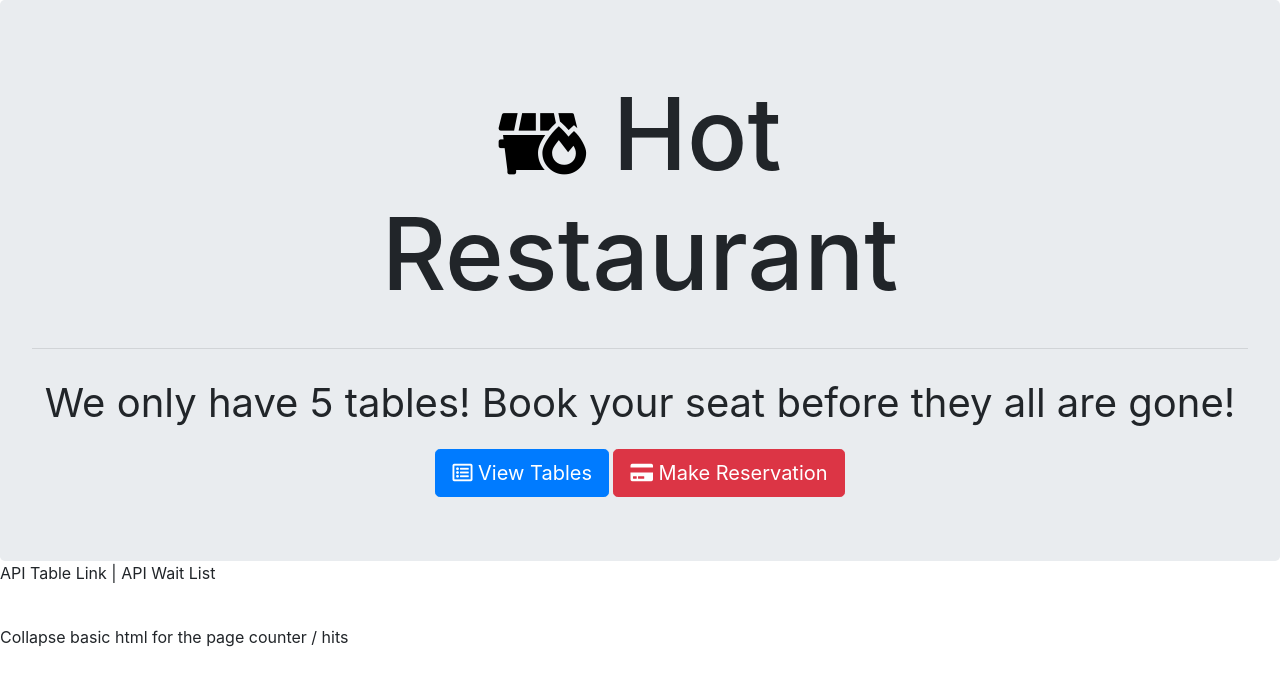
Repository: lcbordelon/Restaurant_Mini_App
Page: home.html
An editor plug-in stored every save of this project. The page is shown before and after a run of saves, followed by the edit.
The browser window is 1280 px wide. The pictures show the whole page.
Some web libraries are served in a nearby version.

Above is the page before, as saved 2020-12-05 12:59:17.

### home.html
<!DOCTYPE html>
<html lang="en">

<head>
  <meta charset="UTF-8" />
  <meta name="viewport" content="width=device-width, initial-scale=1.0" />
  <title>Document</title>
  <!-- Bootstrap link -->
  <link rel="stylesheet" href="styles.css" />
  <link rel="stylesheet" href="https://use.fontawesome.com/releases/v5.8.1/css/all.css"
    integrity="sha384-50oBUHEmvpQ+1lW4y57PTFmhCaXp0ML5d60M1M7uH2+nqUivzIebhndOJK28anvf" crossorigin="anonymous" />
  <link rel="stylesheet" href="https://cdn.jsdelivr.net/npm/bootstrap@4.5.3/dist/css/bootstrap.min.css"
    integrity="sha384-TX8t27EcRE3e/ihU7zmQxVncDAy5uIKz4rEkgIXeMed4M0jlfIDPvg6uqKI2xXr2" crossorigin="anonymous" />
</head>

<body>
  <div class="jumbotron" id="jumbo-align">
    <h1 id="hotRes" class="display-4">
      <i id="fire-icon" class="fas fa-dumpster-fire"></i> Hot Restaurant
    </h1>
    <hr class="my-4" />
    <p id="p-text">
      We only have 5 tables! Book your seat before they all are gone!
    </p>
    <button type="button" class="btn btn-primary btn-lg">
      <i class="far fa-list-alt"></i> View Tables
    </button>
    <button type="button" class="btn btn-danger btn-lg">
      <i class="fas fa-credit-card"></i>
      Make Reservation
    </button>
  </div>
  <div>
    <p><a>API Table Link</a> | <a>API Wait List</a></p>
  </div>
</body>
<!-- Bootstrap JS Link -->
<script src="https://code.jquery.com/jquery-3.5.1.slim.min.js"
  integrity="sha384-DfXdz2htPH0lsSSs5nCTpuj/zy4C+OGpamoFVy38MVBnE+IbbVYUew+OrCXaRkfj" crossorigin="anonymous"></script>
<script src="https://cdn.jsdelivr.net/npm/bootstrap@4.5.3/dist/js/bootstrap.bundle.min.js"
  integrity="sha384-ho+j7jyWK8fNQe+A12Hb8AhRq26LrZ/JpcUGGOn+Y7RsweNrtN/tE3MoK7ZeZDyx" crossorigin="anonymous"></script>
<div id="sfcrw5xs77bacfyr4jfnkxlt179d7y4lexz"></div>
<script type="text/javascript"
  src="https://counter8.stat.ovh/private/counter.js?c=rw5xs77bacfyr4jfnkxlt179d7y4lexz&down=async" async></script><br>
<a href="https://www.freecounterstat.com"></a><noscript><a href="https://www.freecounterstat.com"
    title="page hit counter"><img
      src="https://counter8.stat.ovh/private/freecounterstat.php?c=rw5xs77bacfyr4jfnkxlt179d7y4lexz" border="0"
      title="page hit counter" alt="Test"></a></noscript>
Collapse










basic html for the page counter / hits

</html>

### styles.css
#jumbo-align {
  margin: auto;
  text-align: center;
}

#hotRes {
  margin: auto;
  text-align: center;
  width: 50%;
  padding: 10px;
  font-weight: 500;
  font-size: 100px;
}

#fire-icon {
  color: black;
  font-size: 70px;
}

/* tables.html styling */

#tableTitle {
  text-align: center;
}

#tablesubhead {
  text-align: center;
}

#jumbo {
  margin: auto;
  text-align: center;
}

#p-text {
  font-size: 40px;
}

After the next 2 saves:
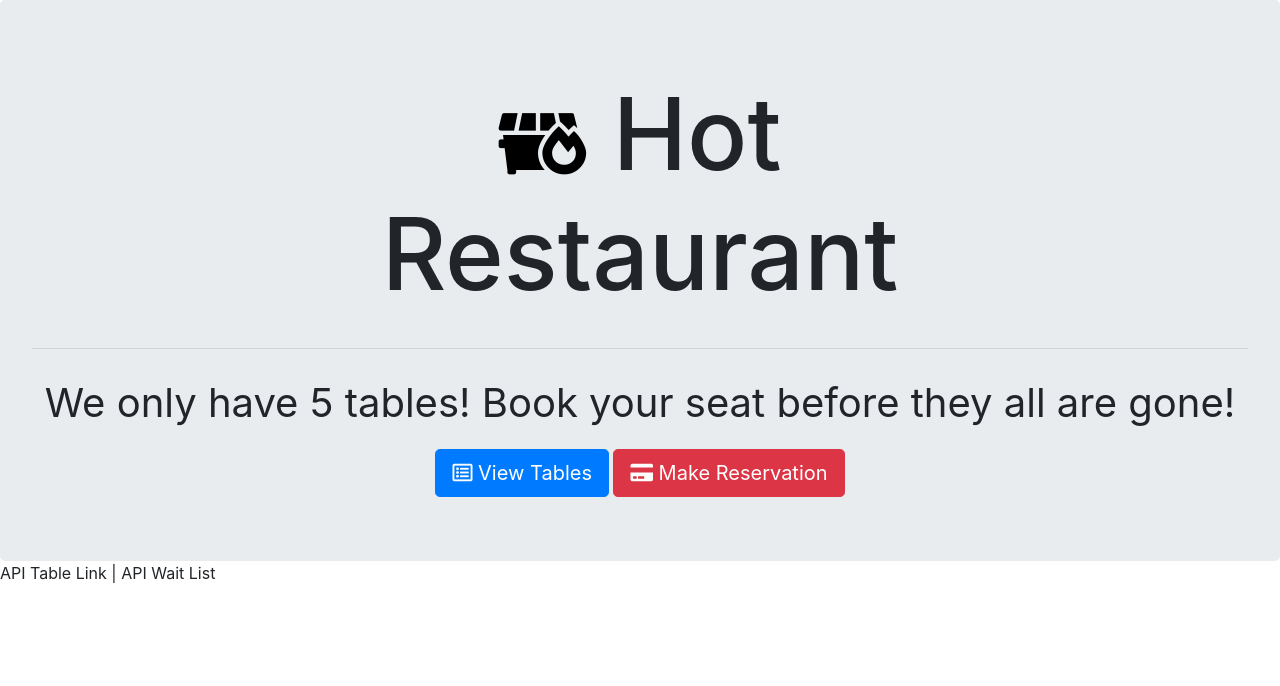
The 2 saves are shown as one change because they came seconds apart.
The last was saved 8 s later.
--- a/home.html
+++ b/home.html
@@ -46,17 +46,8 @@
     title="page hit counter"><img
       src="https://counter8.stat.ovh/private/freecounterstat.php?c=rw5xs77bacfyr4jfnkxlt179d7y4lexz" border="0"
       title="page hit counter" alt="Test"></a></noscript>
-Collapse
 
 
 
 
-
-
-
-
-
-
-basic html for the page counter / hits
-
 </html>
